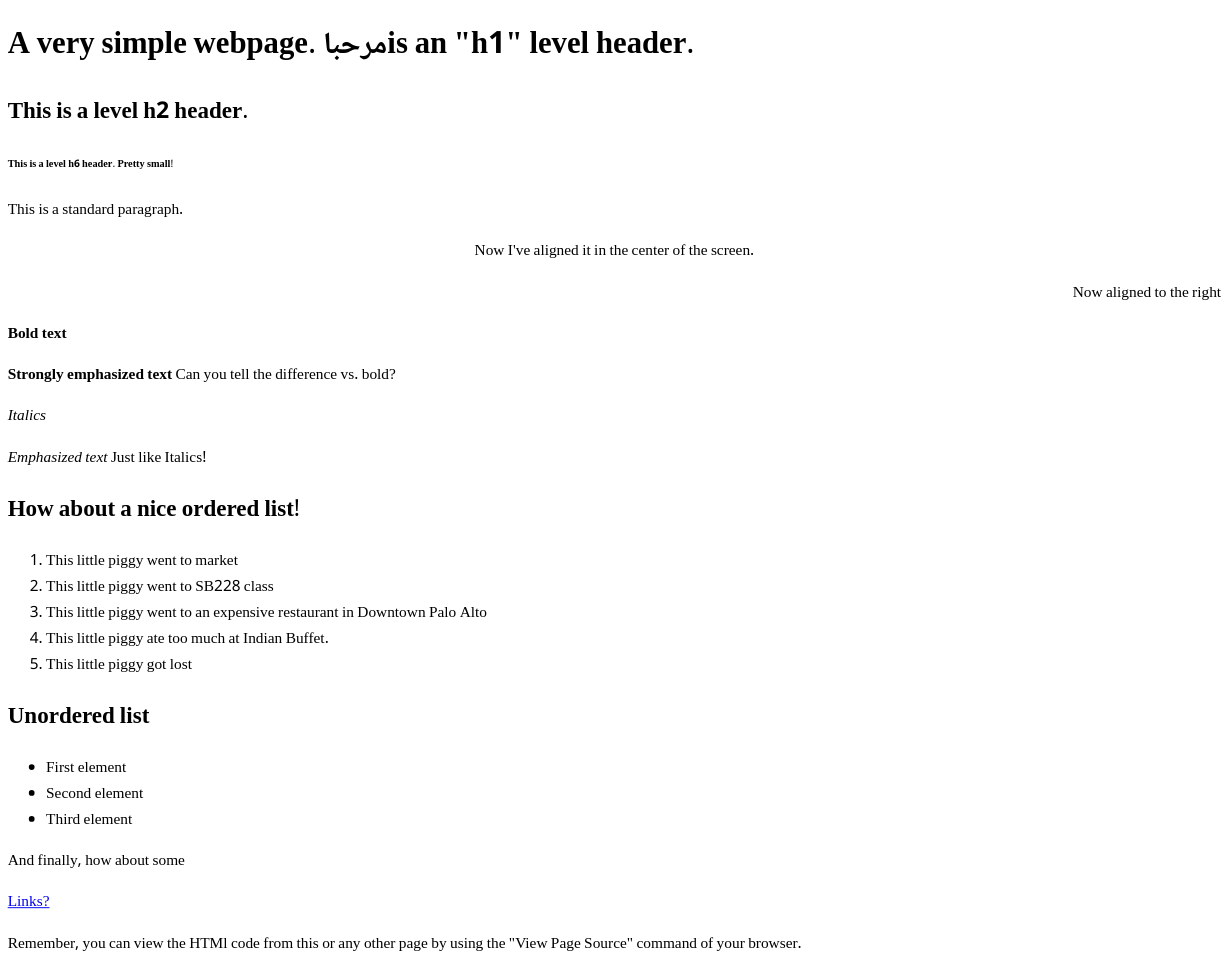
Repository: khanshakiil/ArabicHTMLToPDF
Page: HospitalFrontDesk/src/main/resources/html.html
An editor plug-in stored every save of this project. The page is shown before and after the next save, followed by the edit.
The browser window is 1280 px wide. The pictures show the whole page, at 96% of full size.

Above is the page before, as saved 2020-03-05 19:14:42.

### HospitalFrontDesk/src/main/resources/html.html
<!DOCTYPE html>
<html>

<head>
<title dir="rtl">مرحبا</title>
</head>

<body style="font-family: Noto Naskh Arabic">
<h1 style="font-family: Noto Naskh Arabic">A very simple webpage. مرحباis an "h1" level header.</h1>

<h2>This is a level h2 header.</h2>

<h6>This is a level h6 header.  Pretty small!</h6>

<p>This is a standard paragraph.</p>

<p align=center>Now I've aligned it in the center of the screen.</p>

<p align=right>Now aligned to the right</p>

<p><b>Bold text</b></p>

<p><strong>Strongly emphasized text</strong>  Can you tell the difference vs. bold?</p>

<p><i>Italics</i></p>

<p><em>Emphasized text</em>  Just like Italics!</p>

<h2>How about a nice ordered list!</h2>
<ol>
  <li>This little piggy went to market</li>
  <li>This little piggy went to SB228 class</li>
  <li>This little piggy went to an expensive restaurant in Downtown Palo Alto</li>
  <li>This little piggy ate too much at Indian Buffet.</li>
  <li>This little piggy got lost</li>
</ol>

<h2>Unordered list</h2>
<ul>
  <li>First element</li>
  <li>Second element</li>
  <li>Third element</li>
</ul>


<p>And finally, how about some</p><a href="http://www.google.com/">Links?</a>

<p>Remember, you can view the HTMl code from this or any other page by using the "View Page Source" command of your browser.</p>

</body>

</html>

After the next save:
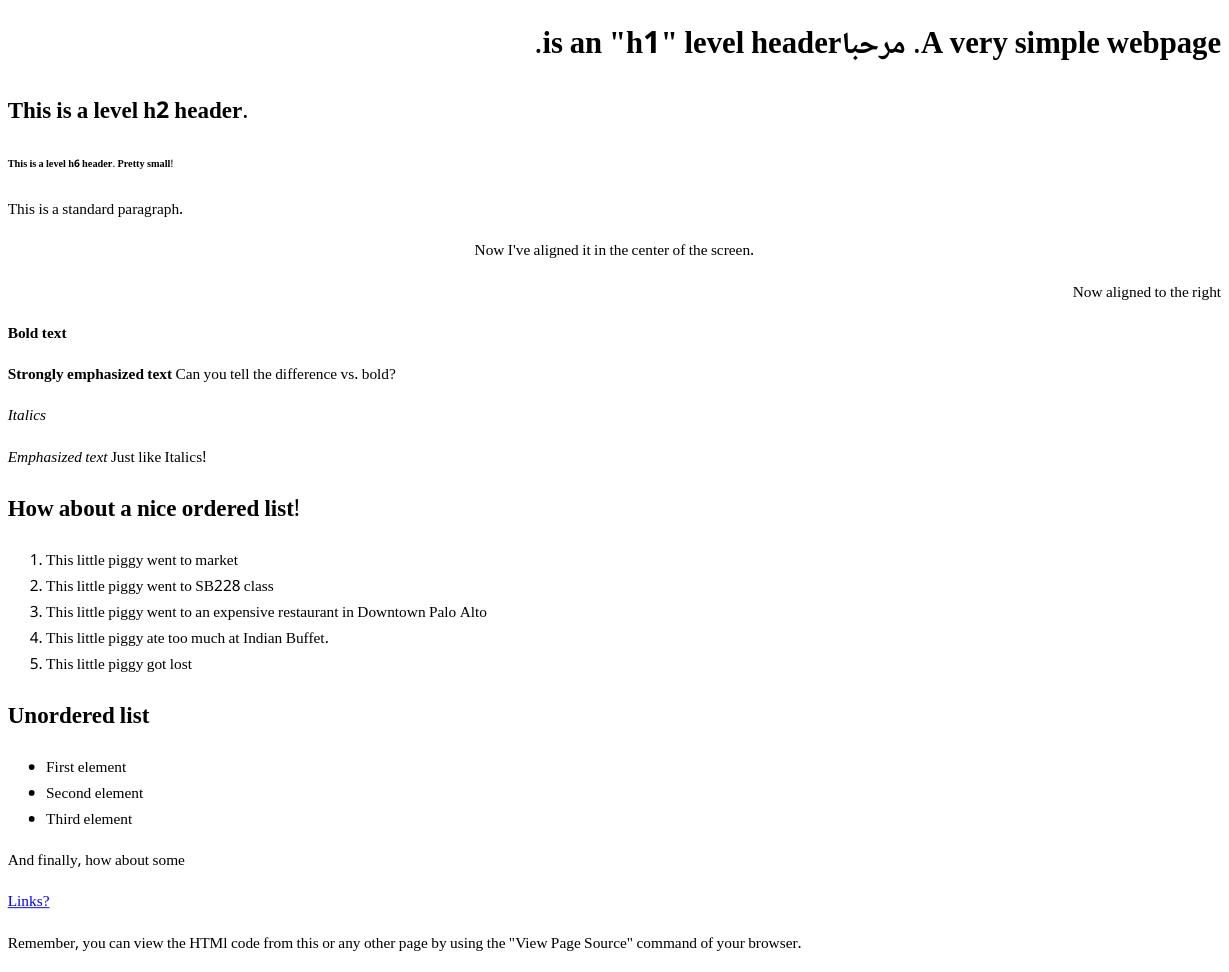
Saved 13 s later.
--- a/HospitalFrontDesk/src/main/resources/html.html
+++ b/HospitalFrontDesk/src/main/resources/html.html
@@ -6,7 +6,7 @@
 </head>
 
 <body style="font-family: Noto Naskh Arabic">
-<h1 style="font-family: Noto Naskh Arabic">A very simple webpage. مرحباis an "h1" level header.</h1>
+<h1 dir="rtl" style="font-family: Noto Naskh Arabic">A very simple webpage. مرحباis an "h1" level header.</h1>
 
 <h2>This is a level h2 header.</h2>
 
